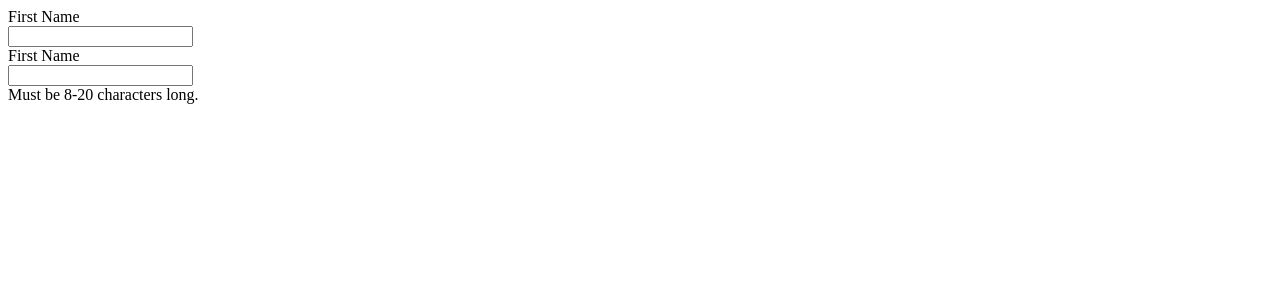
Repository: acciojob/bootstrap-form-easy-vandanayadav15
Page: main.html
An editor plug-in stored every save of this project. The page is shown before and after the next save, followed by the edit.
The browser window is 1280 px wide. The pictures show the whole page.

Above is the page before, as saved 2022-10-20 23:08:29.

After the next save:
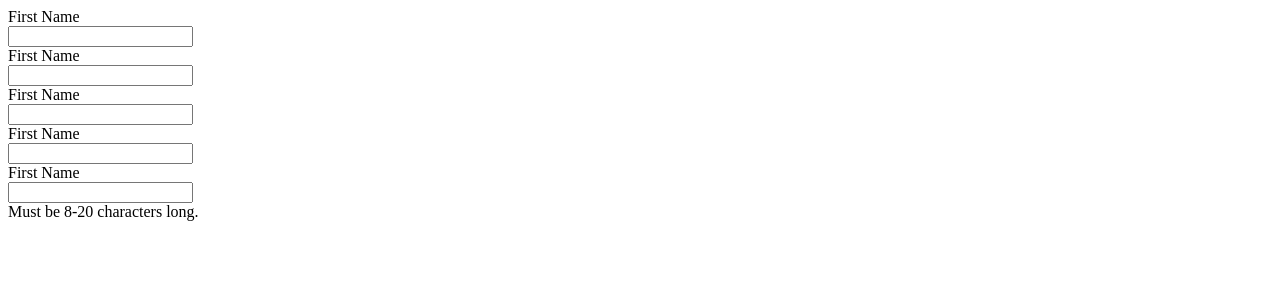
Saved 4 s later.
--- a/main.html
+++ b/main.html
@@ -21,7 +21,24 @@
 		<div class="col-auto">
 			<input type="text" id="first-name" class="form-control" aria-describedby="passwordHelpInline">
 		</div>
-
+		<div class="col-auto">
+			<label for="inputPassword6" class="col-form-label">First Name</label>
+		</div>
+		<div class="col-auto">
+			<input type="text" id="first-name" class="form-control" aria-describedby="passwordHelpInline">
+		</div>
+		<div class="col-auto">
+			<label for="inputPassword6" class="col-form-label">First Name</label>
+		</div>
+		<div class="col-auto">
+			<input type="text" id="first-name" class="form-control" aria-describedby="passwordHelpInline">
+		</div>
+		<div class="col-auto">
+			<label for="inputPassword6" class="col-form-label">First Name</label>
+		</div>
+		<div class="col-auto">
+			<input type="text" id="first-name" class="form-control" aria-describedby="passwordHelpInline">
+		</div>
 		<div class="col-auto">
 			<span id="passwordHelpInline" class="form-text">
 				Must be 8-20 characters long.
